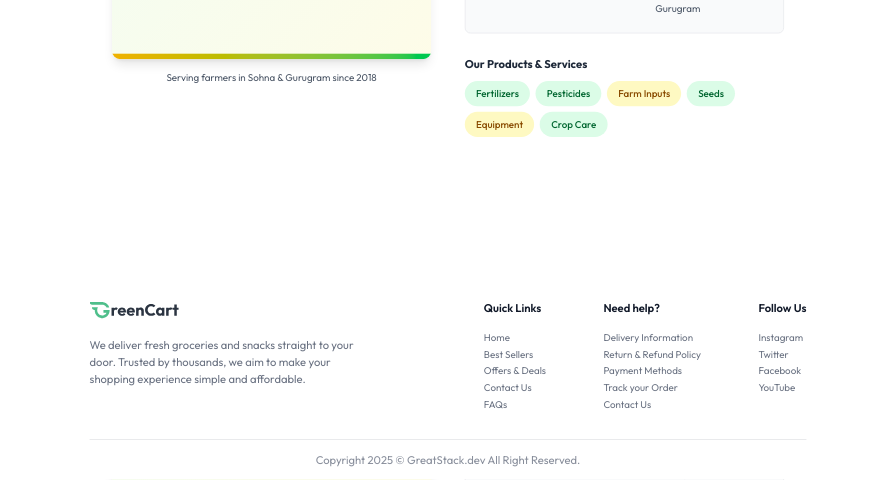
Repository: deepak445566/cv
Page: / (app in client/)
These files come from the project's save history. The page is drawn as it stood at one moment and after the next save; the edit follows.
The browser window is 1280 px wide. The pictures show the part of the page from y = 1304 to 3224 px (the page is 1989 px tall before and 3224 px after), at 70% of full size.
The page's requests for data from a server got no answer. Some web fonts or font styles are not loaded; a fallback is used. The project was rebuilt for these pictures with package versions that can differ from the ones it lists, and the page was loaded fresh each time. No one was signed in, and anything a server would have sent is missing. Also part of the build but not shown: client/vite.config.js, client/src/components/ProductCard.jsx, client/src/components/NewsLetter.jsx, client/src/components/Login.jsx, client/src/pages/AllProduct.jsx, client/src/pages/Productcato.jsx, client/src/pages/ProductDetail.jsx, client/src/pages/Cart.jsx and 8 more.

Above is the page before, as saved 2025-12-14 19:54:57.

After the next save:
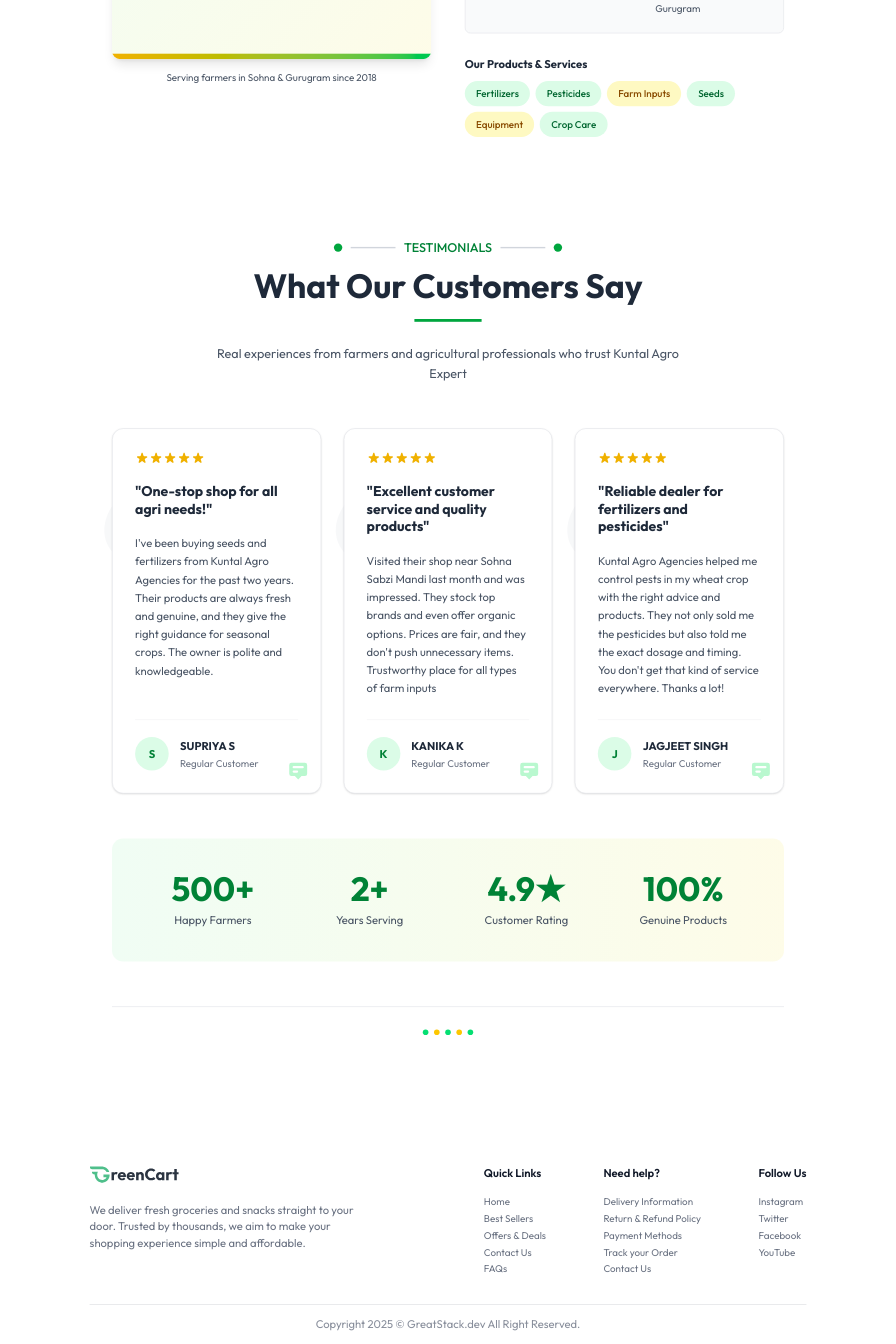
Saved 11 s later.
--- a/client/src/pages/Home.jsx
+++ b/client/src/pages/Home.jsx
@@ -6,6 +6,7 @@
 
 import NewsLetter from '../components/NewsLetter'
 import OurStory from '../components/ourStory'
+import Reviews from '../components/Reviews'
 
 export default function() {
   return (
@@ -15,7 +16,7 @@
 
     <BestSeller/>
     <OurStory/>
-
+  <Reviews/>
 
    </div>
    </>
